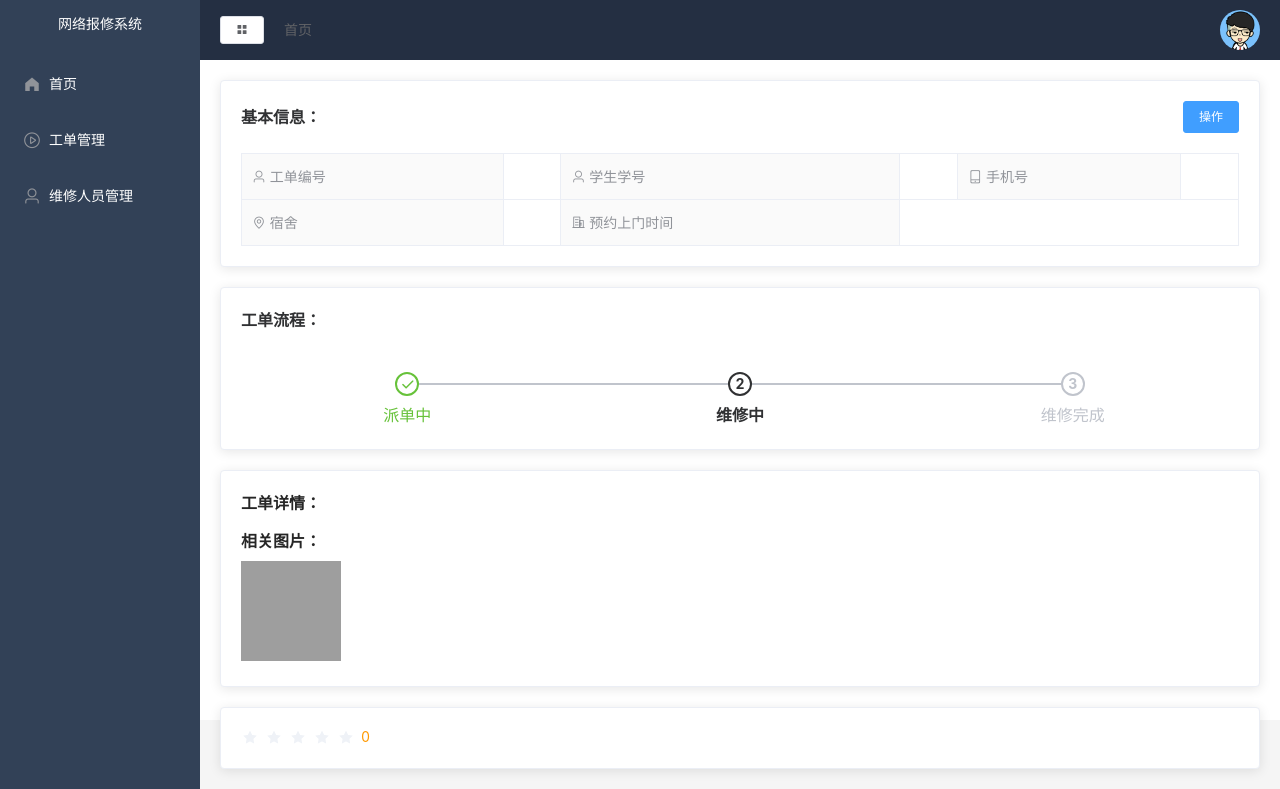
Repository: LtheW/vue
Page: /submit
These files come from the project's save history. The page is drawn as it stood at one moment and after the next save; the edit follows.
The browser window is 1280 px wide. The pictures show the whole page.
Pictures or frames that could not be fetched are drawn as grey boxes. The page's requests for data from a server got no answer. The project was rebuilt for these pictures with package versions that can differ from the ones it lists, and the page was loaded fresh each time. No one was signed in, and anything a server would have sent is missing. Also part of the build but not shown: vue.config.js, src/components/CommonTag.vue, src/views/Maintainer/Add.vue.

Above is the page before, as saved 2022-03-27 11:15:47.

After the next save:
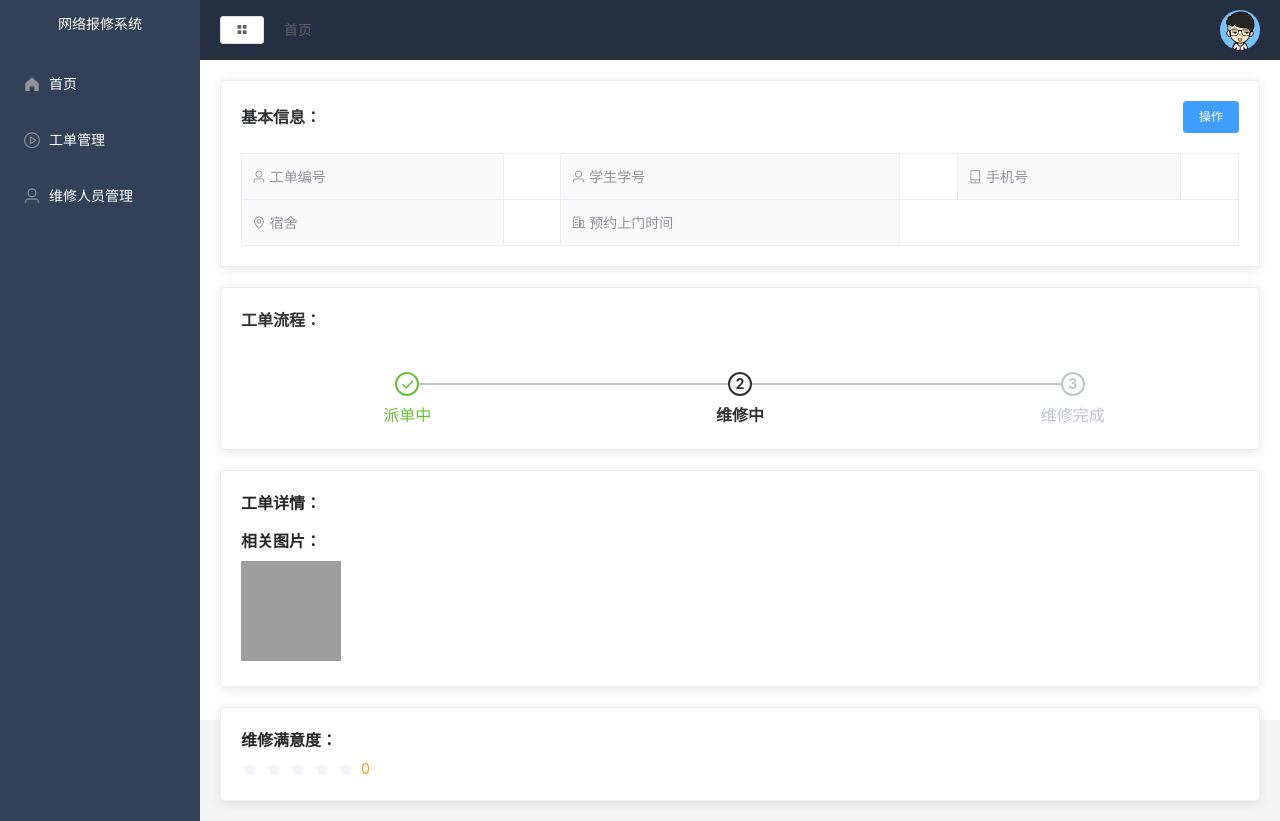
Saved 58 s later.
--- a/src/views/Submit.vue
+++ b/src/views/Submit.vue
@@ -82,6 +82,7 @@
         </el-card>
         <div class="p">
         <el-card>
+          <h5 class="title">维修满意度：</h5>
           <el-rate
             v-model="form.maintenanceSatisfaction"
             disabled
